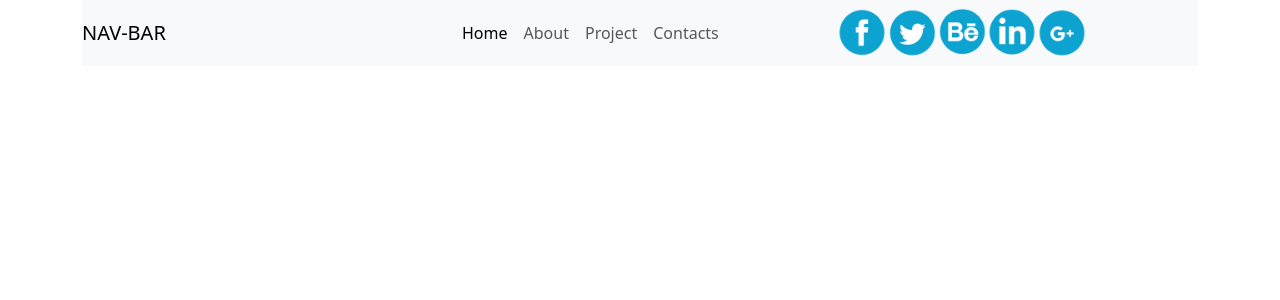
Repository: Sarah7223/internet-programming-tp
Page: TP4/TP04.5.html
The author's editor kept a copy of each file at every save. The page is drawn from the files as they stood at one save, then again after the next save.
The browser window is 1280 px wide. The pictures show the whole page.

Above is the page before, as saved 2023-02-01 23:02:27.

### TP4/TP04.5.html
<!DOCTYPE html>
    <head>
        <style>
            .logo{
                display: flex;
                align-items: flex-end;

            }
            ul{
                display: flex;

                align-items: flex-end;
            }

        </style>
        <link href="https://cdn.jsdelivr.net/npm/bootstrap@5.3.0-alpha1/dist/css/bootstrap.min.css" rel="stylesheet" integrity="sha384-GLhlTQ8iRABdZLl6O3oVMWSktQOp6b7In1Zl3/Jr59b6EGGoI1aFkw7cmDA6j6gD" crossorigin="anonymous">
    </head>
    <body>
        <div class="container">
            <nav class="navbar navbar-expand-sm navbar-light bg-light">
                <div class="col-4">
                <a class="navbar-brand" href="#">NAV-BAR</a>
                </div>
                <button class="navbar-toggler" type="button" data-bs-toggle="collapse" data-bs-target="#navbarSupportedContent" aria-controls="navbarSupportedContent" aria-expanded="false" aria-label="Toggle navigation">
                  <span class="navbar-toggler-icon"></span>
                </button>

                <div class="collapse navbar-collapse" id="navbarSupportedContent">
                    <!-- center-->
                    <div class="col-8">
                        <ul class="navbar-nav">
                            <li class="nav-item active">
                                <a class="nav-link active" href="#">Home </a>
                            </li>
                            <li class="nav-item">
                                <a class="nav-link" href="#">About</a>
                            </li>
                            <li class="nav-item">
                                <a class="nav-link" href="#">Project</a>
                            </li>
                            <li class="nav-item">
                                <a class="nav-link" href="#">Contacts</a>
                            </li>
                        </ul>
                    </div>
                </div>
                <div  class="collapse navbar-collapse">
                    <!-- right-->
                  <div class="col-4">
                    <ul class="navbar-nav mr-auto sl-only logo">
                        <li>
                            <img src="./facebook.png" height="50px">
                        </li>
                        <li>
                            <img src="./twitter.png" height="50px">
                        </li>
                        <li>
                            <img src="./be.png" height="50px">
                        </li>
                        <li>
                            <img src="./linkedin.png" height="50px">
                        </li>
                        <li>
                            <img src="./google.png" height="50px">
                        </li>
                    </ul>
                  </div>
                </div>
              </nav>
        </div>

              <!-- Optional JavaScript -->
              <!-- jQuery first, then Popper.js, then Bootstrap JS -->
              <script src="https://code.jquery.com/jquery-3.4.1.slim.min.js" integrity="sha384-J6qa4849blE2+poT4WnyKhv5vZF5SrPo0iEjwBvKU7imGFAV0wwj1yYfoRSJoZ+n" crossorigin="anonymous"></script>
              <script src="https://cdn.jsdelivr.net/npm/popper.js@1.16.0/dist/umd/popper.min.js" integrity="sha384-Q6E9RHvbIyZFJoft+2mJbHaEWldlvI9IOYy5n3zV9zzTtmI3UksdQRVvoxMfooAo" crossorigin="anonymous"></script>
              <script src="https://stackpath.bootstrapcdn.com/bootstrap/4.4.1/js/bootstrap.min.js" integrity="sha384-wfSDF2E50Y2D1uUdj0O3uMBJnjuUD4Ih7YwaYd1iqfktj0Uod8GCExl3Og8ifwB6" crossorigin="anonymous"></script>
    </body>
</html

After the next save:
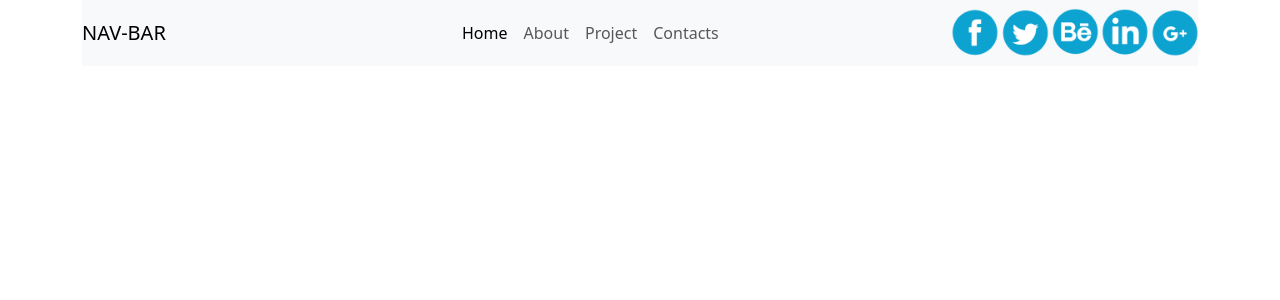
Saved 62 s later.
--- a/TP4/TP04.5.html
+++ b/TP4/TP04.5.html
@@ -25,9 +25,9 @@
                   <span class="navbar-toggler-icon"></span>
                 </button>
 
-                <div class="collapse navbar-collapse" id="navbarSupportedContent">
+                <div class="collapse navbar-collapse" >
                     <!-- center-->
-                    <div class="col-8">
+                    <div class="col-8" id="navbarSupportedContent">
                         <ul class="navbar-nav">
                             <li class="nav-item active">
                                 <a class="nav-link active" href="#">Home </a>
@@ -43,9 +43,7 @@
                             </li>
                         </ul>
                     </div>
-                </div>
-                <div  class="collapse navbar-collapse">
-                    <!-- right-->
+                     <!-- right-->
                   <div class="col-4">
                     <ul class="navbar-nav mr-auto sl-only logo">
                         <li>
@@ -64,8 +62,9 @@
                             <img src="./google.png" height="50px">
                         </li>
                     </ul>
-                  </div>
                 </div>
+                </div>
+
               </nav>
         </div>
 
